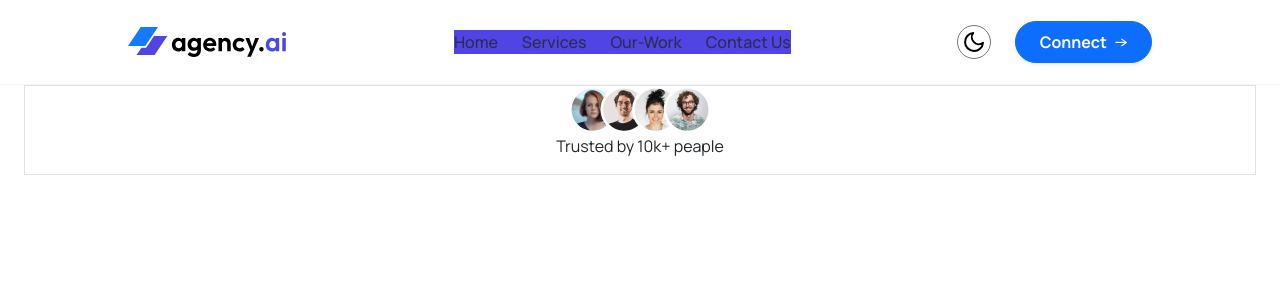
Repository: RAMADAN975/modern-agency-portfolio
Page: /
These files come from the project's save history. The page is drawn as it stood at one moment and after the next save; the edit follows.
The browser window is 1280 px wide. The pictures show the whole page.
The project was rebuilt for these pictures with package versions that can differ from the ones it lists, and the page was loaded fresh each time. Also part of the build but not shown: vite.config.js.

Above is the page before, as saved 2026-03-23 20:59:42.

After the next save:
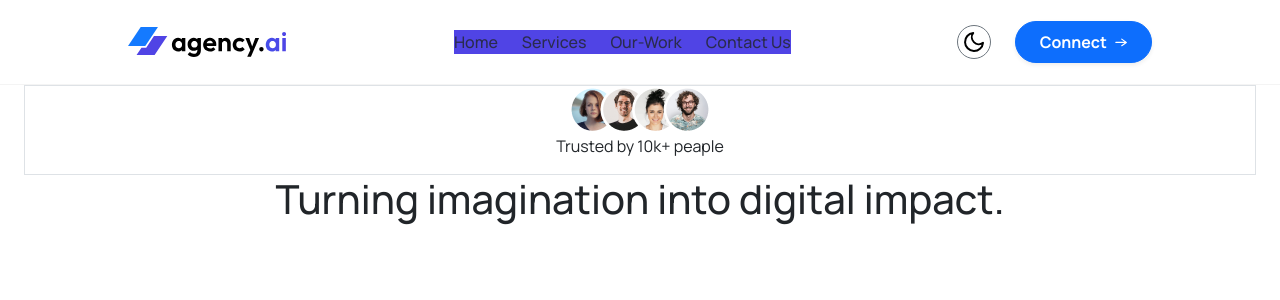
Saved 5 min 10 s later.
--- a/src/Components/Hero.jsx
+++ b/src/Components/Hero.jsx
@@ -10,6 +10,8 @@
                 <p className='text-us font-medium'>Trusted by 10k+ peaple</p>
             </div>
 
+            <h1>Turning imagination into <span className='bg-gradient-to-r from-[#5044Es] to-[#4d8cea] bg-clip-text'>digital</span> impact. </h1>
+
         </div>
     )
 }
